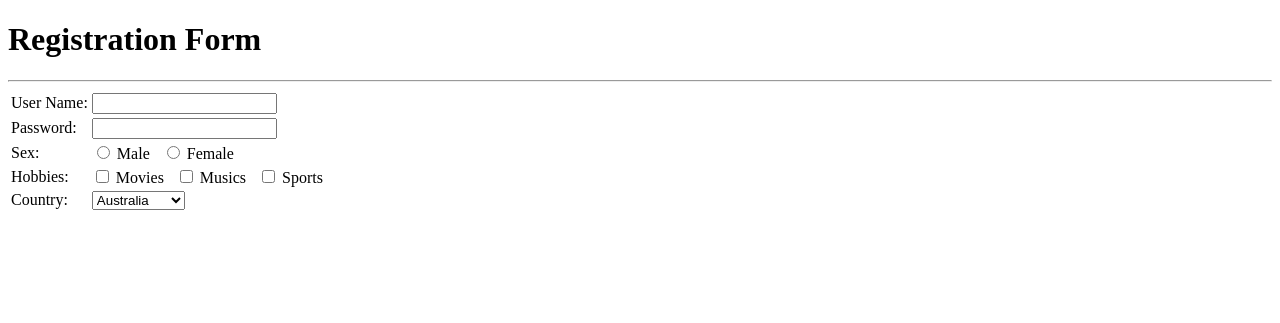
Repository: NazHaq/JavaDevelomentDemo
Page: JavaWebPage/WebApp-01/WebContent/Register.html
These files come from the project's save history. The page is drawn as it stood at one moment and after the next save; the edit follows.
The browser window is 1280 px wide. The pictures show the whole page.

Above is the page before, as saved 2016-12-19 03:02:06.

After the next save:
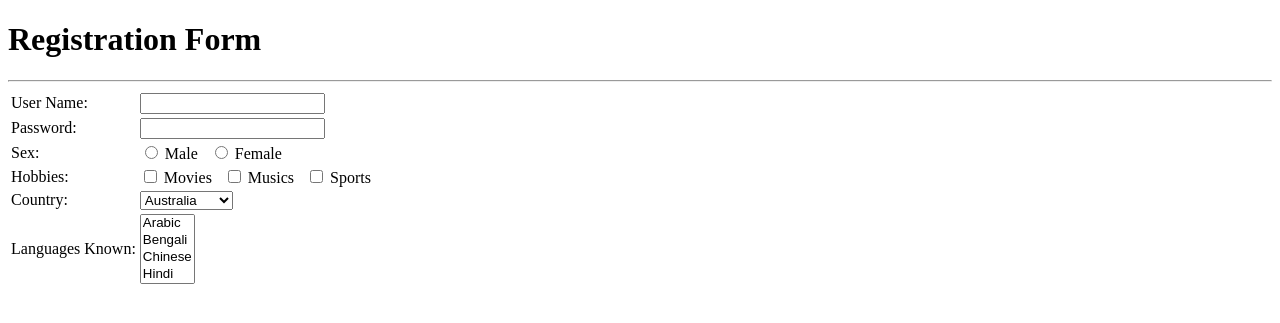
Saved 4 min 51 s later.
--- a/JavaWebPage/WebApp-01/WebContent/Register.html
+++ b/JavaWebPage/WebApp-01/WebContent/Register.html
@@ -45,13 +45,27 @@
 <option value="Australia">UK</option>
 <option value="Australia">Ireland</option>
 <option value="Australia">Nepal</option>
+</select>
+</tr>
 
+<tr>
+<td> Languages Known:</td>
+<td>
+<select name="Languages" multiple="multiple">
+<option value="Arabic">Arabic</option>
+<option value="Bengali">Bengali</option>
+<option value="Chinese">Chinese</option>
+<option value="Hindi">Hindi</option>
+<option value="Urdhu">Urdhu</option>
+<option value="English">English</option>
 
 
 </select>
 
+</td>
+
+
 </tr>
-
 
 
 </tbody>
